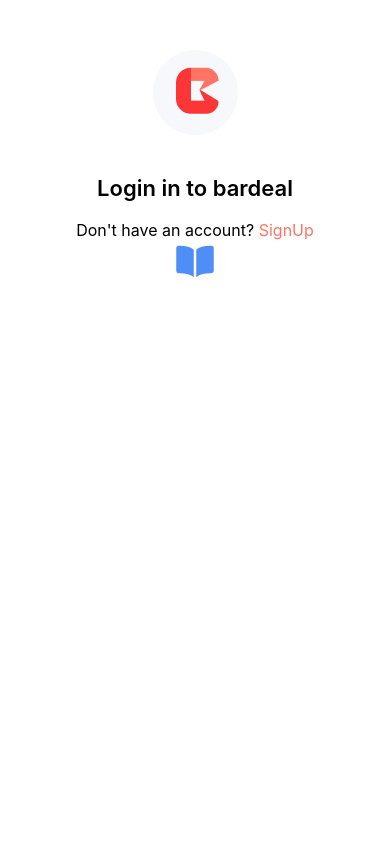
Repository: krunallogisticinfotech/bardealapp-clone
Screen: /
These files come from the project's save history. The screen is drawn as it stood at one moment and after the next save; the edit follows.
The app was drawn by React Native's web renderer in a window 390 px wide. The project was rebuilt for these pictures with package versions that can differ from the ones it lists, and the page was loaded fresh each time.

Above is the screen before, as saved 2021-10-21 18:38:01.

### App.js
import React from 'react';
import Loginscreen from './screens/Loginscreen';

const App = () => {
  return (
    <>
      <Loginscreen />
    </>
  );
};

export default App;

### screens/Loginscreen.js
import React from 'react';
import {Text, View, SafeAreaView, Image, StyleSheet} from 'react-native';
import Logo from '../assets/Logo.png';
import Icon from 'react-native-vector-icons/Ionicons';

const Loginscreen = () => {
  return (
    <SafeAreaView>
      <View style={styles.container}>
        <Image style={styles.applogo} source={Logo} />
        <Text style={styles.logoHeading}>Login in to bardeal</Text>
        <Text style={styles.accountText}>
          Don't have an account?
          <Text onPress={console.log('Singup')} style={styles.signupText}>
            {' '}
            SignUp
          </Text>
        </Text>
        <View style={styles.socialIconContainer}>
          <Icon
            name="ios-book"
            color="#4F8EF7"
            size={40}
            style={styles.iosIcon}
          />
        </View>
      </View>
    </SafeAreaView>
  );
};

const styles = StyleSheet.create({
  container: {
    flex: 1,
    alignItems: 'center',
  },
  applogo: {
    marginTop: 50,
  },
  logoHeading: {
    fontSize: 22,
    height: 25,
    fontWeight: '600',
    marginTop: 40,
  },
  accountText: {
    fontSize: 16,
    height: 20,
    marginTop: 20,
  },
  signupText: {
    color: '#FF7465',
    height: 20,
  },

});

export default Loginscreen;

After the next save:
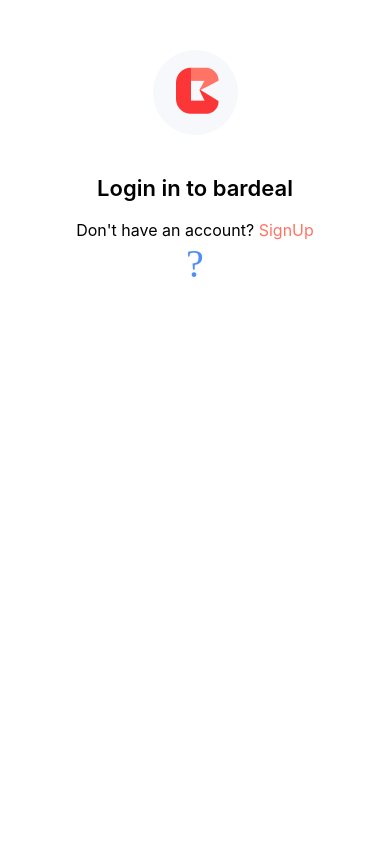
Saved 7 s later.
--- a/screens/Loginscreen.js
+++ b/screens/Loginscreen.js
@@ -1,7 +1,7 @@
 import React from 'react';
 import {Text, View, SafeAreaView, Image, StyleSheet} from 'react-native';
 import Logo from '../assets/Logo.png';
-import Icon from 'react-native-vector-icons/Ionicons';
+import Icon from 'react-native-vector-icons/Entypo';
 
 const Loginscreen = () => {
   return (
